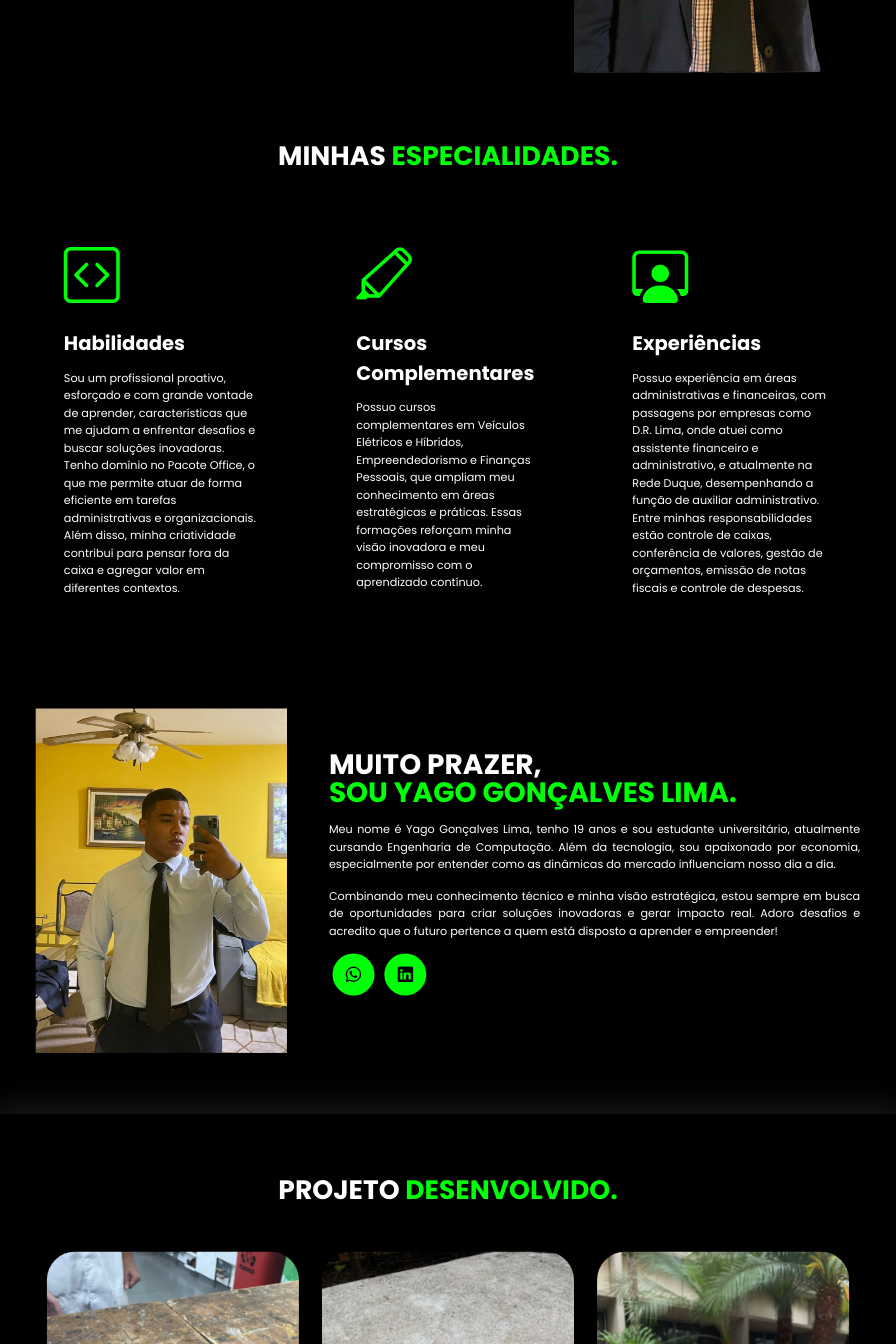
Repository: yagolima1511/Portfolio
Page: index.html
An editor plug-in stored every save of this project. The page is shown before and after the next save, followed by the edit.
The browser window is 1280 px wide. The pictures show the part of the page from y = 553 to 2473 px (the page is 3476 px tall), at 70% of full size.

Above is the page before, as saved 2025-02-13 22:18:17.

After the next save:
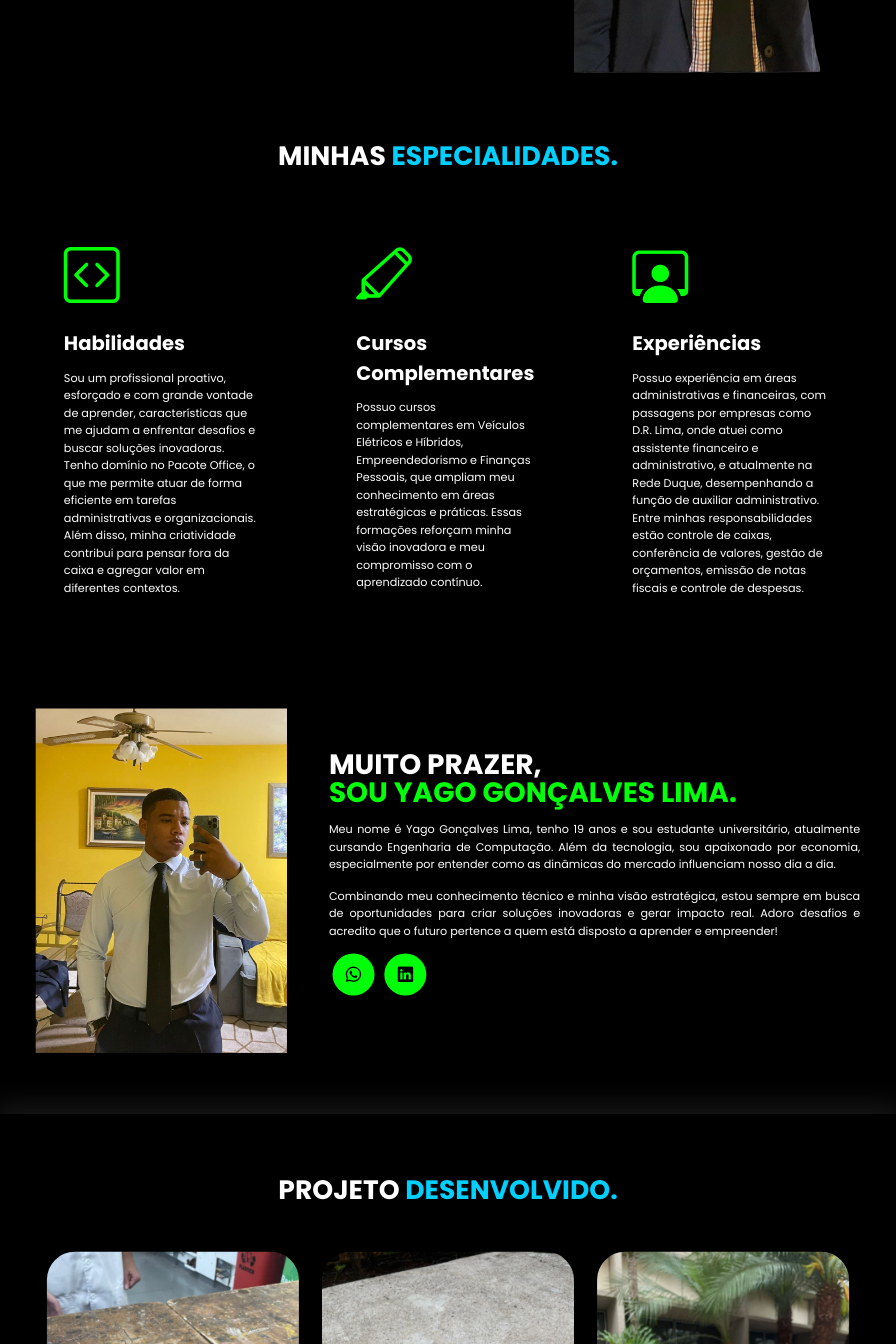
Saved 20 s later.
--- a/style.css
+++ b/style.css
@@ -42,7 +42,7 @@ h2.titulo{
 }
 
 h2.titulo span{
-    color: #00ff08;
+    color: #00d0ff;
 }
 
  button:hover{
